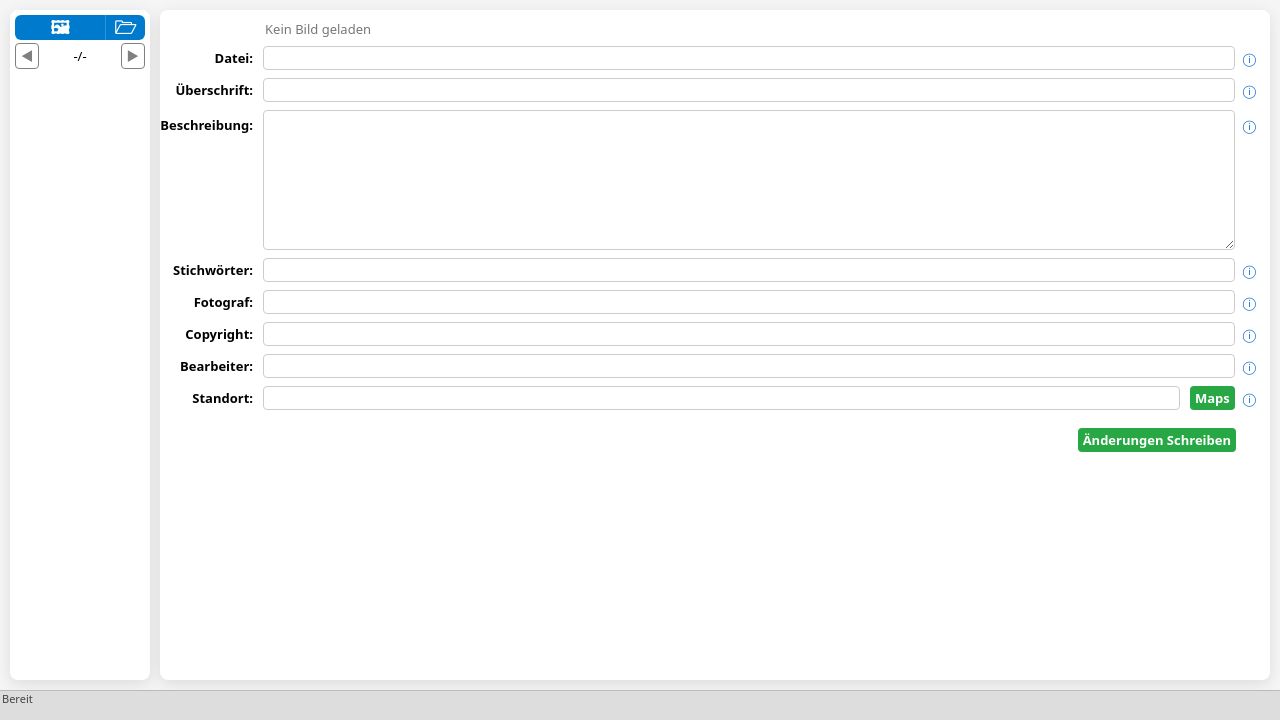
Repository: h-fahle/metadata
Page: ui/index.html
The author's editor kept a copy of each file at every save. The page is drawn from the files as they stood at one save, then again after the next save.
The browser window is 1280 px wide. The pictures show the whole page.

Above is the page before, as saved 2026-08-22 17:27:07.
Console error: TypeError: Cannot read properties of undefined (reading 'core')

After the next save:
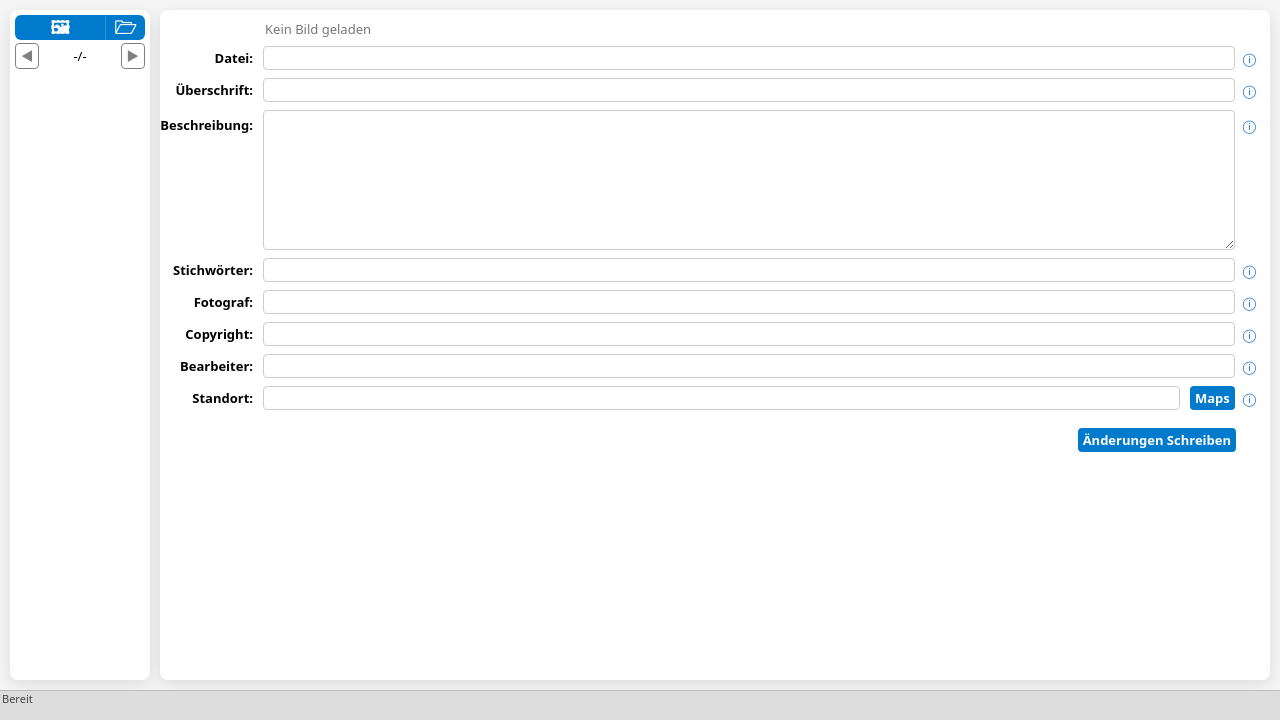
Saved 24 s later.
--- a/ui/style.css
+++ b/ui/style.css
@@ -145,7 +145,7 @@ button {
 	padding: 3px 5px;
 	font-weight: bold;
 	cursor: pointer;
-	background: #28a745;
+	background: #007acc;
 	color: white;
 	border: none;
 	border-radius: 4px;
@@ -204,17 +204,6 @@ button.blaettern {
 	margin-left: 5px;
 }
 
-select {
-	-moz-appearance: none;
-	-webkit-appearance: none;
-	appearance: none;
-	border: none;
-	border-radius: 4px;
-	background: #28a745;
-	color: white;
-	width: 120px;
-}
-
 
 /* Tooltip ---------------------------------------------------------- */
 
